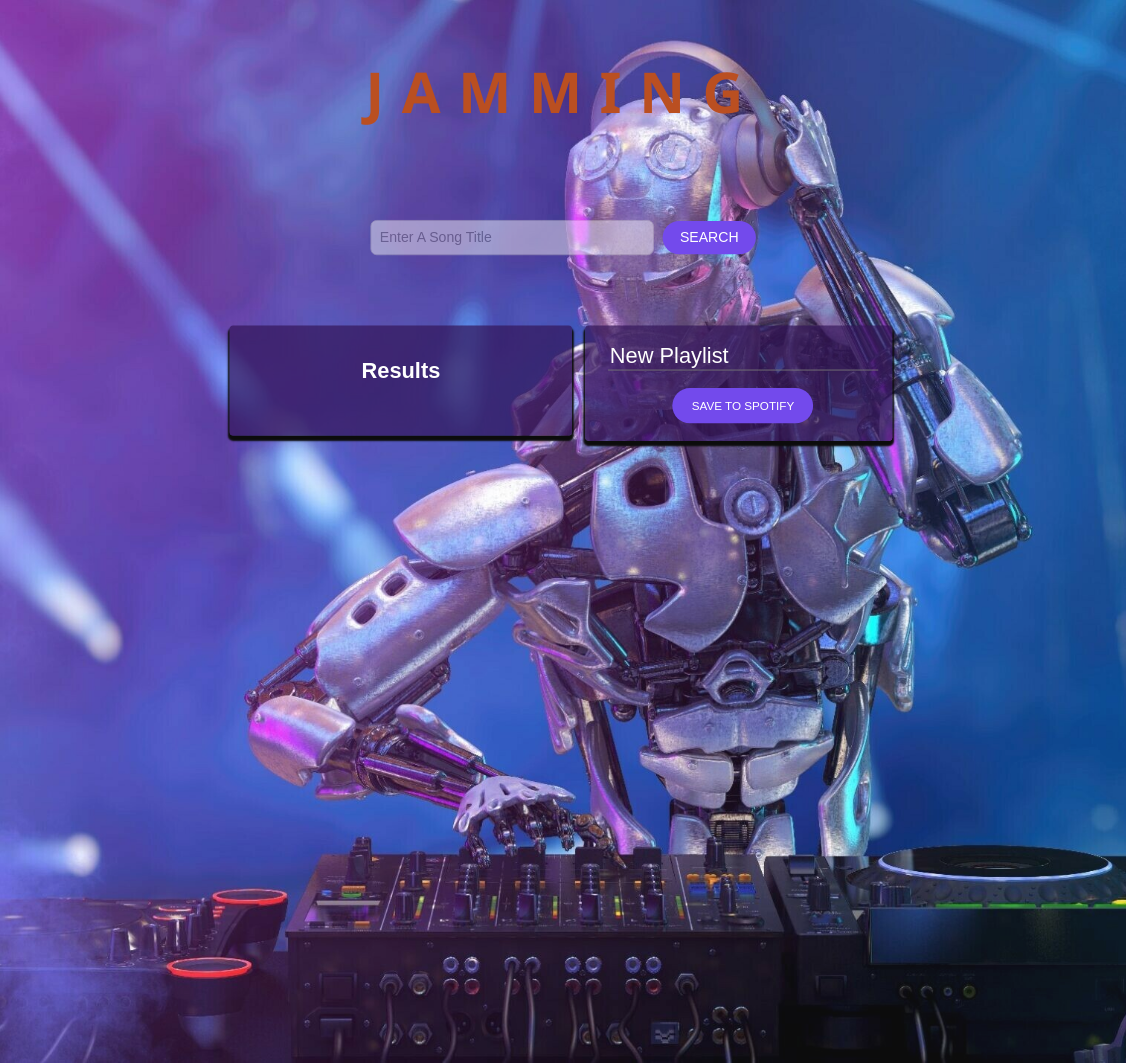
Repository: LolaSL/jamming
Page: /
These files come from the project's save history. The page is drawn as it stood at one moment and after the next save; the edit follows.
The browser window is 1280 px wide. The pictures show the whole page, at 88% of full size.
The project was rebuilt for these pictures with package versions that can differ from the ones it lists, and the page was loaded fresh each time. Also part of the build but not shown: src/components/Track/Track.css, src/components/Track/Track.jsx.

Above is the page before, as saved 2023-06-23 20:33:59.

After the next save:
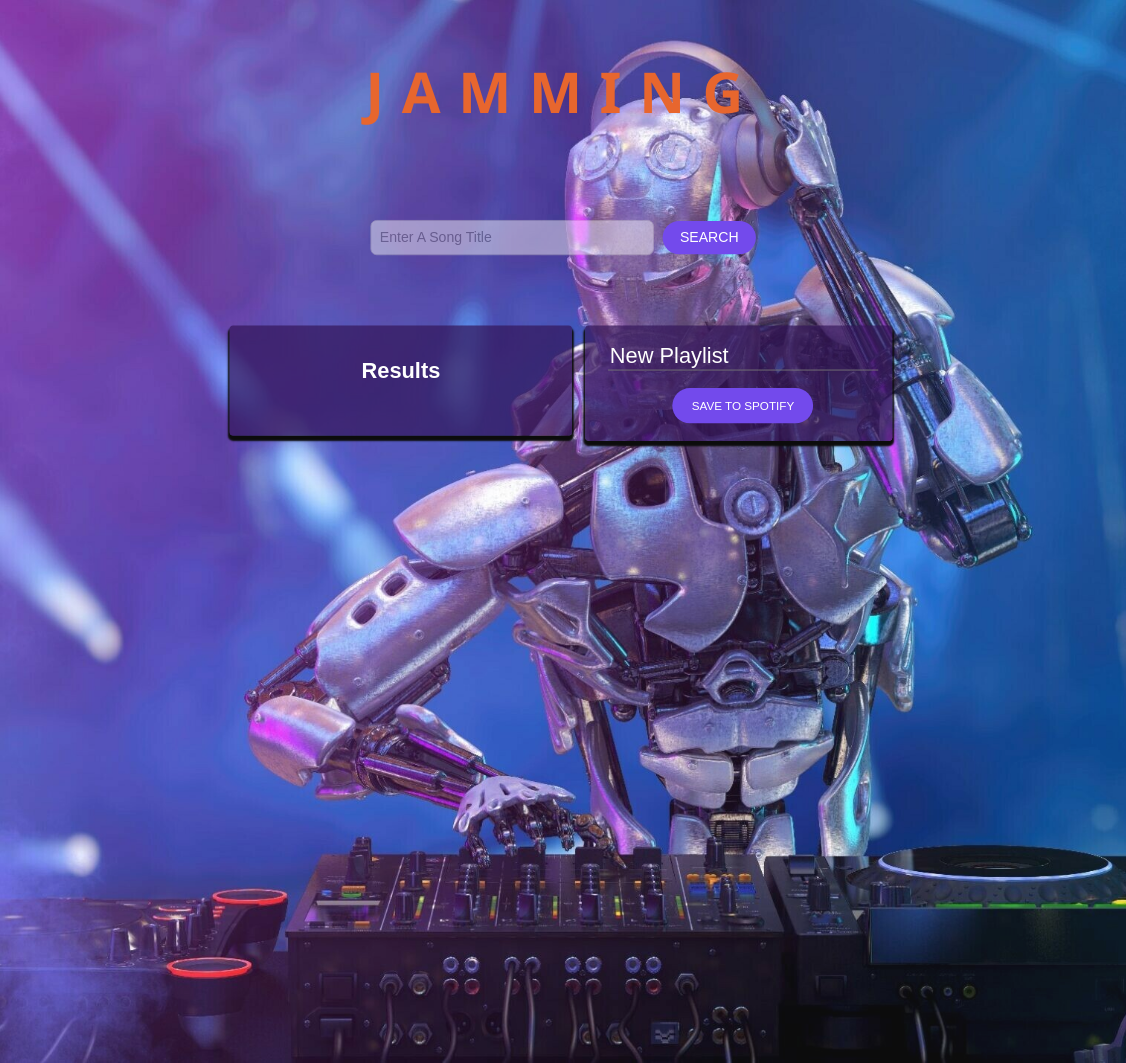
Saved 5 s later.
--- a/src/App/App.css
+++ b/src/App/App.css
@@ -32,7 +32,7 @@ h1 {
   font-family: "Segoe UI", Tahoma, Geneva, Verdana, sans-serif;
   text-transform: uppercase;
   letter-spacing: 20px;
-  color: #b74616;
+  color: #e65e23;
   font-size: 4rem;
   margin-top: 60px;
   text-shadow: 1px 2px 3px solid rgb(23, 24, 24);
